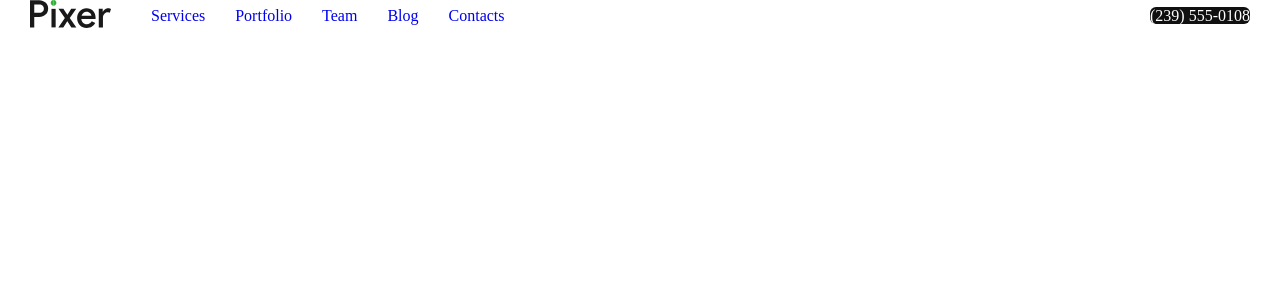
Repository: UlugbekAbdurasulov/pixar
Page: index.html
The author's editor kept a copy of each file at every save. The page is drawn from the files as they stood at one save, then again after a run of saves.
The browser window is 1280 px wide. The pictures show the whole page.

Above is the page before, as saved 2023-06-04 23:14:02.

After the next 3 saves:
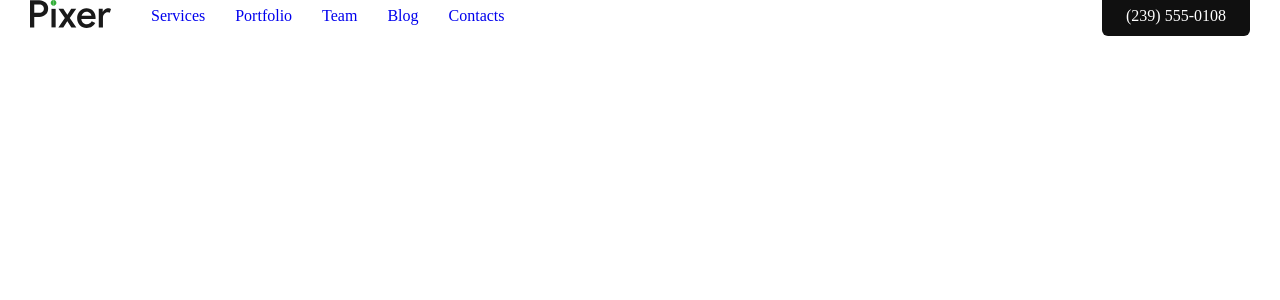
The 3 saves are shown as one change because they came seconds apart.
The last was saved 9 s later.
--- a/css/main.css
+++ b/css/main.css
@@ -80,5 +80,5 @@
     margin: auto right;
     background: #101010;
 border-radius: 6px;
-p
+padding: 12px 24px;
 }
